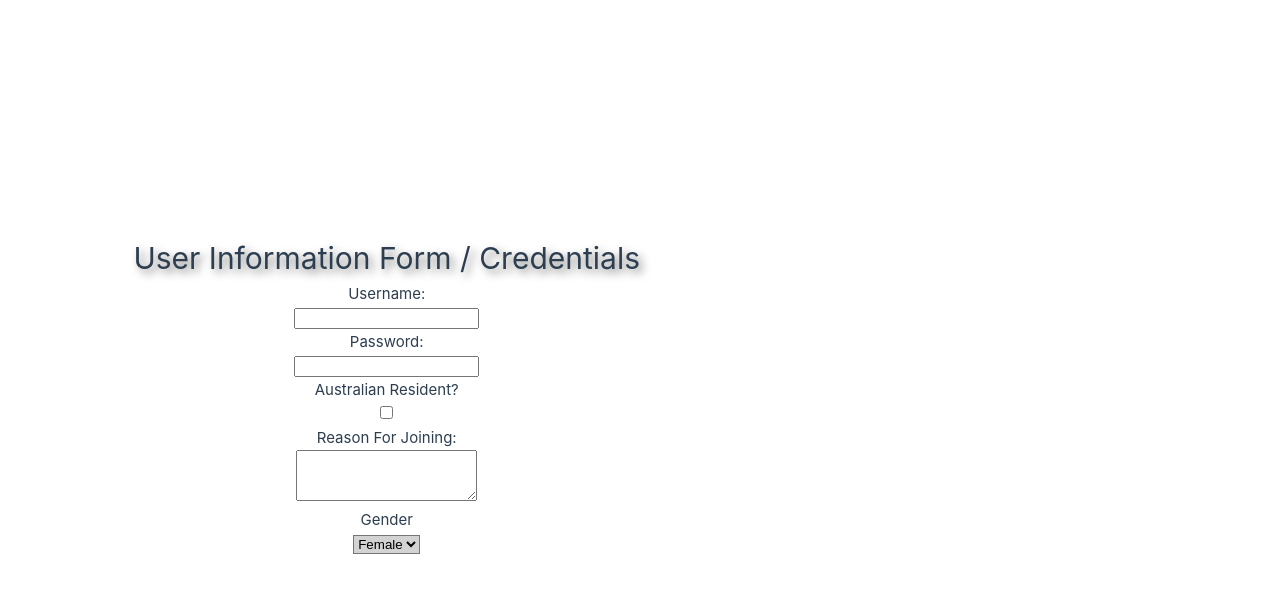
Repository: Andrew-JX/mji-library
Page: /
An editor plug-in stored every save of this project. The page is shown before and after the next save, followed by the edit.
The browser window is 1280 px wide. The pictures show the whole page.
The project was rebuilt for these pictures with package versions that can differ from the ones it lists, and the page was loaded fresh each time. Also part of the build but not shown: vite.config.js, src/components/JSON.vue.

Above is the page before, as saved 2025-08-11 23:57:03.

### src/main.js
import './assets/main.css'
import './style.css'

import { createApp } from 'vue'
import App from './App.vue'

createApp(App).mount('#app')

### src/style.css
/* Tag selectors */
h1 {
  text-align: center;
  margin-top: 20px;
  text-shadow: 4px 4px 8px rgba(0, 0, 0, 0.5);
}

/* Class selectors */
.form {
  text-align: center;
  margin-top: 50px;
}

/* ID selectors */
#username:focus,
#password:focus,
#isAustralian:focus,
#reason:focus {
  border-color: #ff6347; /* tomato */
  background-color: #ffebe8;
}

/* Attribute selectors */
select[id='gender'] {
  background-color: #d3d3d3;
}

### src/App.vue
<script setup>
import JSONView from "./components/JSON.vue";
import Form from "./components/Form.vue";
</script>

<template>
  <!-- <JSONView /> -->
  <Form />
</template>

<style scoped>
header {
  line-height: 1.5;
}

.logo {
  display: block;
  margin: 0 auto 2rem;
}

@media (min-width: 1024px) {
  header {
    display: flex;
    place-items: center;
    padding-right: calc(var(--section-gap) / 2);
  }

  .logo {
    margin: 0 2rem 0 0;
  }

  header .wrapper {
    display: flex;
    place-items: flex-start;
    flex-wrap: wrap;
  }
}
</style>

### src/components/Form.vue
<template>
  <div class="form">
    <h1>User Information Form / Credentials</h1>
    <form>
      <label for="username">Username:</label><br>
      <input type="text" id="username" name="username"><br>

      <label for="password">Password:</label><br>
      <input type="password" id="password" name="password"><br>

      <label for="isAustralian">Australian Resident?</label><br>
      <input type="checkbox" id="isAustralian" name="isAustralian"><br>

      <label for="reason">Reason For Joining:</label><br>
      <textarea id="reason" name="reason" rows="3"></textarea><br>

      <label for="gender">Gender</label><br>
      <select id="gender">
        <option value="female">Female</option>
        <option value="male">Male</option>
        <option value="other">Other</option>
      </select>
    </form>
  </div>
</template>

<script setup>

</script>

<style scoped></style>

Loaded but not shown: index.html (common file); src/assets/main.css (common file); src/assets/base.css (common file)

After the next save:
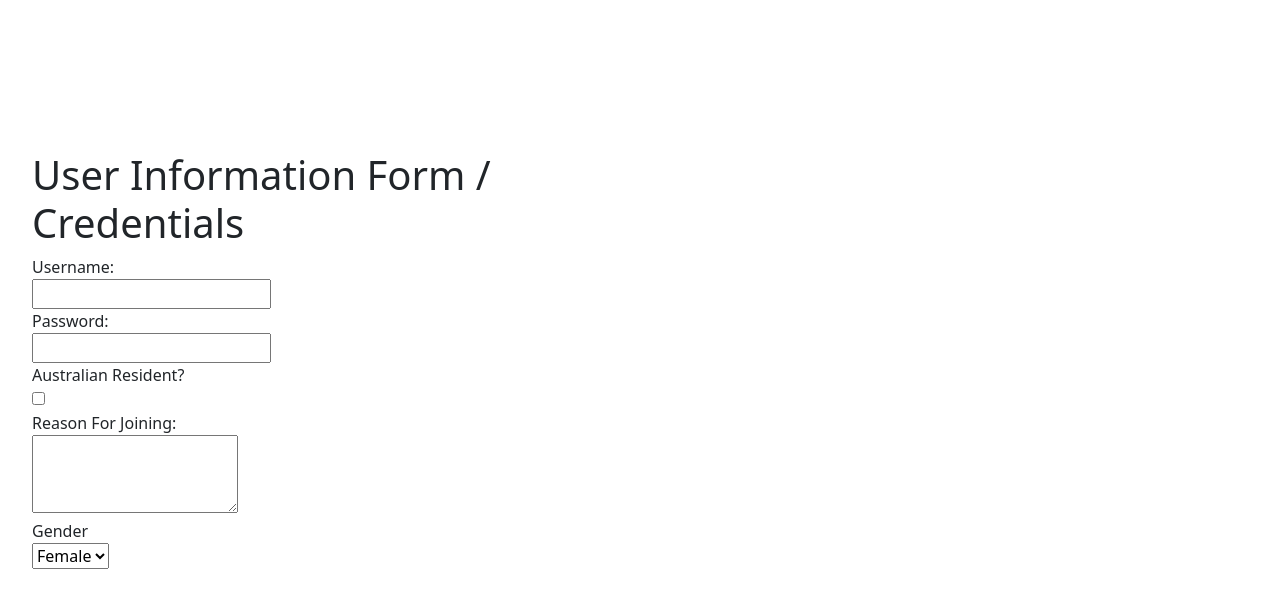
Saved 3 min 14 s later.
--- a/src/main.js
+++ b/src/main.js
@@ -1,6 +1,6 @@
 import './assets/main.css'
-import './style.css'
-
+// import './style.css'
+import 'bootstrap/dist/css/bootstrap.min.css'
 import { createApp } from 'vue'
 import App from './App.vue'
 
